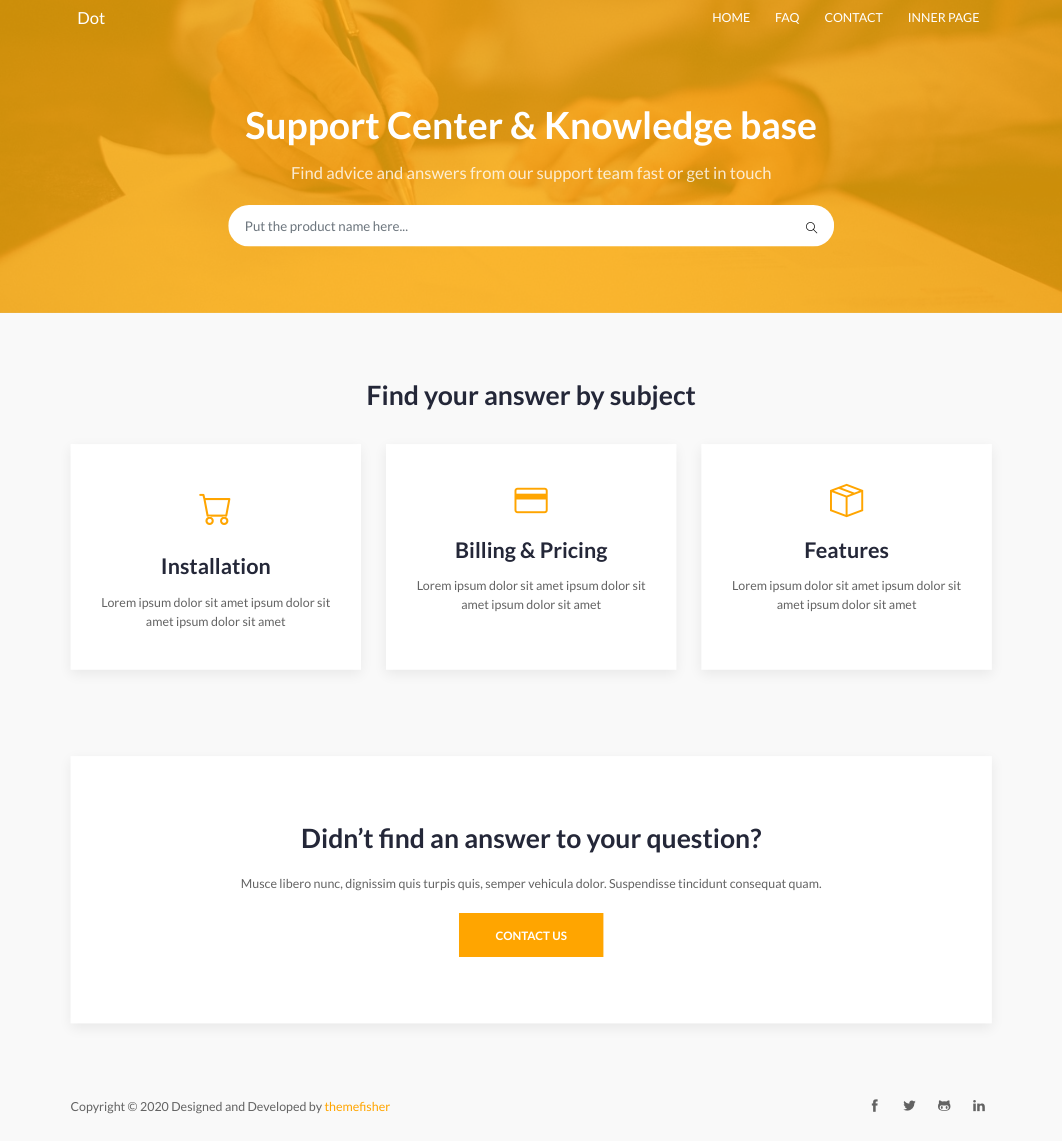
Repository: AlexThyCoolest/ReviewReader
Page: http://localhost/
These files come from the project's save history. The page is drawn as it stood at one moment and after the next save; the edit follows.
The browser window is 1280 px wide. The pictures show the whole page, at 83% of full size.
The page is served by the project's application, run on Flask 3 (main.py).

Above is the page before, as saved 2024-07-23 11:07:43.

### OYT/templates/index.html
<!DOCTYPE html>
<html lang="en-us">

<head>
    <meta charset="utf-8">
    <title>Dot</title>
    <meta name="viewport" content="width=device-width, initial-scale=1, maximum-scale=1">

    <!-- theme meta -->
    <meta name="theme-name" content="dot" />

    <!-- ** CSS Plugins Needed for the Project ** -->

    <!-- Bootstrap -->
    <link rel="stylesheet" href="static/plugins/bootstrap/bootstrap.min.css">
    <!-- themefy-icon -->
    <link rel="stylesheet" href="static/plugins/themify-icons/themify-icons.css">
    <!--Favicon-->
    <link rel="icon" href="images/favicon.png" type="image/x-icon">
    <!-- fonts -->
    <link href="https://fonts.googleapis.com/css?family=Lato:300,400,700&display=swap" rel="stylesheet">

    <link rel="stylesheet" href="https://cdn.jsdelivr.net/npm/bootstrap-icons@1.11.3/font/bootstrap-icons.min.css">
    <!-- Main Stylesheet -->
    <link href="static/assets/style.css" rel="stylesheet" media="screen" />
    <style>
        :root {
            --primary-color: #FFA500;
            /* Yellow-Orange */
        }

        .btn-primary,
        .bg-primary {
            background-color: var(--primary-color) !important;
            border-color: var(--primary-color) !important;
        }

        .text-primary {
            color: var(--primary-color) !important;
        }
    </style>
</head>
</head>

<body>
    <!-- header -->
    <header class="banner overlay bg-cover" data-background="images/banner.jpg">
        <nav class="navbar navbar-expand-md navbar-dark">
            <div class="container">
                <a class="navbar-brand px-2" href="index.html">Dot</a>
                <button class="navbar-toggler border-0" type="button" data-toggle="collapse" data-target="#navigation"
                    aria-controls="navigation" aria-expanded="false" aria-label="Toggle navigation">
                    <span class="navbar-toggler-icon"></span>
                </button>

                <div class="collapse navbar-collapse text-center" id="navigation">
                    <ul class="navbar-nav ml-auto">
                        <li class="nav-item">
                            <a class="nav-link text-dark" href="index.html">Home</a>
                        </li>
                        <li class="nav-item">
                            <a class="nav-link text-dark" href="faq.html">Faq</a>
                        </li>
                        <li class="nav-item">
                            <a class="nav-link text-dark" href="contact.html">contact</a>
                        </li>
                        <li class="nav-item">
                            <a class="nav-link text-dark" href="single.html">Inner Page</a>
                        </li>
                    </ul>
                </div>
            </div>
        </nav>
        <!-- banner -->
        <div class="container section">
            <div class="row">
                <div class="col-lg-8 text-center mx-auto">
                    <h1 class="text-white mb-3">Support Center &amp; Knowledge base</h1>
                    <p class="text-white mb-4">Find advice and answers from our support team fast or get in touch</p>
                    <div class="position-relative">
                        <form action="/loading" method="post">
                            <input id="product_name" name="product_name" type="text" class="form-control"
                                placeholder="Put the product name here...">
                            <button type="submit" class="search-icon p-0" style="background:white; border:none;"><i
                                    class="ti-search"></i></button>
                        </form>
                    </div>
                </div>
            </div>
        </div>
        <!-- /banner -->
    </header>
    <!-- /header -->

    <!-- topics -->
    <section class="section">
        <div class="container">
            <div class="row justify-content-center">
                <div class="col-12 text-center">
                    <h2 class="section-title">Find your answer by subject</h2>
                </div>
                <!-- topic-item -->
                <div class="col-lg-4 col-sm-6 mb-4">
                    <div class="px-4 py-5 bg-white shadow text-center d-block match-height">
                        <i class="bi bi-cart icon text-primary d-block mb-4"></i>
                        <h3 class="mb-3 mt-0">Installation</h3>
                        <p class="mb-0">Lorem ipsum dolor sit amet ipsum dolor sit amet ipsum dolor sit amet</p>
                    </div>
                </div>
                <div class="col-lg-4 col-sm-6 mb-4">
                    <div class="px-4 py-5 bg-white shadow text-center d-block match-height">
                        <i class="ti-credit-card icon text-primary d-block mb-4"></i>
                        <h3 class="mb-3 mt-0">Billing &amp; Pricing</h3>
                        <p class="mb-0">Lorem ipsum dolor sit amet ipsum dolor sit amet ipsum dolor sit amet</p>
                    </div>
                </div>
                <div class="col-lg-4 col-sm-6 mb-4">
                    <div class="px-4 py-5 bg-white shadow text-center d-block match-height">
                        <i class="ti-package icon text-primary d-block mb-4"></i>
                        <h3 class="mb-3 mt-0">Features</h3>
                        <p class="mb-0">Lorem ipsum dolor sit amet ipsum dolor sit amet ipsum dolor sit amet</p>
                    </div>
                </div>
            </div>
        </div>
    </section>
    <!-- /topics -->

    <!-- call to action -->
    <section>
        <div class="container">
            <div class="row">
                <div class="col-12">
                    <div class="section px-3 bg-white shadow text-center">
                        <h2 class="mb-4">Didn&rsquo;t find an answer to your question?</h2>
                        <p class="mb-4">Musce libero nunc, dignissim quis turpis quis, semper vehicula dolor.
                            Suspendisse tincidunt
                            consequat quam.</p>
                        <a href="contact.html" class="btn btn-primary">contact us</a>
                    </div>
                </div>
            </div>
        </div>
    </section>
    <!-- /call to action -->

    <!-- footer -->
    <footer class="section pb-4">
        <div class="container">
            <div class="row align-items-center">
                <div class="col-md-8 text-md-left text-center">
                    <p class="mb-md-0 mb-4">Copyright © 2020 Designed and Developed by <a
                            href="https://themefisher.com/">themefisher</a></p>
                </div>
                <div class="col-md-4 text-md-right text-center">
                    <ul class="list-inline">
                        <li class="list-inline-item"><a class="text-color d-inline-block p-2" href="#"><i
                                    class="ti-facebook"></i></a></li>
                        <li class="list-inline-item"><a class="text-color d-inline-block p-2" href="#"><i
                                    class="ti-twitter-alt"></i></a></li>
                        <li class="list-inline-item"><a class="text-color d-inline-block p-2" href="#"><i
                                    class="ti-github"></i></a>
                        </li>
                        <li class="list-inline-item"><a class="text-color d-inline-block p-2" href="#"><i
                                    class="ti-linkedin"></i></a></li>
                    </ul>
                </div>
            </div>
        </div>
    </footer>
    <!-- /footer -->

    <!-- ** JS Plugins Needed for the Project ** -->
    <!-- jquiry -->
    <script src="static/plugins/jquery/jquery-1.12.4.js"></script>
    <!-- Bootstrap JS -->
    <script src="static/plugins/bootstrap/bootstrap.min.js"></script>
    <!-- match-height JS -->
    <script src="static/plugins/match-height/jquery.matchHeight-min.js"></script>
    <!-- Main Script -->
    <script src="assets/script.js"></script>
</body>

</html>

### OYT/static/assets/style.css
:root {
  --primary-color: #02007e;
  --body-color: #f9f9f9;
  --text-color: #636363;
  --text-color-dark: #242738;
  --white-color: #ffffff;
  --light-color: #f8f9fa;
  --font-family: Lato;
}

body {
  line-height: 1.5;
  font-family: var(--font-family), sans-serif;
  -webkit-font-smoothing: antialiased;
  font-size: 17px;
  color: var(--text-color);
  background-color: var(--body-color)
}

p {
  color: var(--text-color);
  font-size: 15px
}

h1,
h2,
h3,
h4,
h5,
h6 {
  color: var(--text-color-dark);
  font-family: var(--font-family), sans-serif;
  font-weight: 700;
  line-height: 1.2
}

h1,
.h1 {
  font-size: 45px
}

h2,
.h2 {
  font-size: 32px
}

h3,
.h3 {
  font-size: 26px
}

h4,
.h4 {
  font-size: 20px
}

h5,
.h5 {
  font-size: 18px
}

h6,
.h6 {
  font-size: 14px
}

.btn {
  font-size: 14px;
  font-family: var(--font-family), sans-serif;
  text-transform: uppercase;
  padding: 16px 44px;
  border-radius: 0;
  font-weight: 600;
  border: 0;
  position: relative;
  z-index: 1;
  transition: .2s ease
}

.btn:focus {
  outline: 0;
  box-shadow: none !important
}

.btn:active {
  box-shadow: none
}

.btn-primary {
  background: var(--primary-color);
  color: var(--white-color)
}

.btn-primary:active {
  background: var(--primary-color)
}

.btn-primary:hover {
  background: var(--primary-color)
}

.btn-primary:not(:disabled):not(.disabled).active,
.btn-primary:not(:disabled):not(.disabled):active,
.show>.btn-primary.dropdown-toggle {
  color: var(--white-color);
  background-color: var(--primary-color);
  border-color: var(--primary-color)
}

.inline-button {
  line-height: .8rem !important;
  padding: 5px 8px !important;
  pointer-events: none;
  margin-top: -5px
}

.overflow-hidden {
  overflow: hidden !important
}

::-moz-selection {
  background: var(--primary-color);
  color: var(--white-color)
}

::selection {
  background: var(--primary-color);
  color: var(--white-color)
}

.preloader {
  position: fixed;
  top: 0;
  left: 0;
  right: 0;
  bottom: 0;
  background-color: var(--white-color);
  z-index: 999;
  display: flex;
  align-items: center;
  justify-content: center
}

ul {
  list-style-type: none;
  margin: 0;
  padding-left: 0;
  font-size: 15px
}

ol {
  padding-left: 20px;
  font-size: 15px
}

img {
  vertical-align: middle;
  border: 0
}

a,
a:hover,
a:focus {
  text-decoration: none;
  color: var(--primary-color)
}

a:hover,
a:focus {
  color: var(--primary-color)
}

a,
button,
select {
  cursor: pointer;
  transition: .2s ease
}

a:focus,
button:focus,
select:focus {
  outline: 0
}

.slick-slide {
  outline: 0
}

.section {
  padding-top: 80px;
  padding-bottom: 80px
}

@media(max-width:768px) {
  .section {
    padding-top: 60px
  }
}

.section-sm {
  padding-top: 60px;
  padding-bottom: 60px
}

@media(max-width:768px) {
  .section-sm {
    padding-top: 40px
  }
}

.section-title {
  margin-bottom: 40px
}

.bg-cover {
  background-size: cover;
  background-position: 50%;
  background-repeat: no-repeat
}

.border-primary {
  border-color: #f2f2f2 !important
}

pre {
  padding: 20px
}

.overlay {
  position: relative
}

.overlay::before {
  position: absolute;
  content: '';
  height: 100%;
  width: 100%;
  top: 0;
  left: 0;
  background: var(--primary-color);
  opacity: .8
}

.outline-0 {
  outline: 0 !important
}

.d-unset {
  display: unset !important
}

.bg-primary {
  background: var(--primary-color) !important
}

.bg-white {
  background-color: var(--white-color) !important
}

.bg-light {
  background-color: var(--light-color) !important
}

.text-primary {
  color: var(--primary-color) !important
}

.text-color {
  color: var(--text-color) !important
}

.text-dark {
  color: var(--text-color-dark) !important
}

.text-white {
  color: var(--white-color) !important
}

.top-50 {
  top: 50px
}

.navbar {
  padding: 0
}

@media(max-width:768px) {
  .navbar {
    padding: 10px 0
  }
}

.navbar-brand img {
  max-width: 100px;
  margin-bottom: 0
}

.navbar .nav-item .nav-link {
  text-transform: uppercase;
  padding: 10px 15px !important;
  font-size: 15px
}

.navbar .dropdown:hover .dropdown-menu {
  visibility: visible;
  opacity: 1;
  -webkit-transform: scaleX(1);
  transform: scaleX(1)
}

.navbar .dropdown-menu {
  box-shadow: 0 3px 9px 0 rgba(0, 0, 0, .12);
  padding: 15px 0;
  border: 0;
  top: 40px;
  left: -35px;
  border-radius: 0;
  display: block;
  visibility: hidden;
  transition: .3s ease;
  opacity: 0;
  -webkit-transform: translateY(20px);
  transform: translateY(20px);
  background: var(--white-color)
}

@media(max-width:768px) {
  .navbar .dropdown-menu {
    display: none;
    opacity: 1;
    visibility: visible;
    -webkit-transform: translateY(0);
    transform: translateY(0);
    -webkit-transform-origin: unset;
    transform-origin: unset
  }
}

.navbar .dropdown-menu.view {
  visibility: visible !important;
  opacity: 1;
  -webkit-transform: translateY(0);
  transform: translateY(0);
  -webkit-transform-origin: top;
  transform-origin: top
}

@media(max-width:768px) {
  .navbar .dropdown-menu.view {
    display: block
  }
}

.navbar .dropdown-menu.show {
  visibility: hidden
}

@media(max-width:768px) {
  .navbar .dropdown-menu.show {
    visibility: visible;
    display: block
  }
}

.navbar .dropdown-item {
  position: relative;
  color: var(--text-color-dark);
  transition: .2s ease;
  font-family: var(--font-family), sans-serif
}

@media(max-width:768px) {
  .navbar .dropdown-item {
    text-align: center
  }
}

.navbar .dropdown-item:hover {
  color: var(--primary-color);
  background: 0 0
}

.lang-list {
  background: var(--primary-color);
  color: var(--white-color)
}

.lang-list.dark {
  color: var(--text-color-dark);
  background: var(--white-color)
}

.banner {
  overflow: hidden
}

.banner p {
  font-size: 20px;
  opacity: .8
}

.banner .nav-link.text-dark {
  color: var(--white-color) !important
}

.banner .nav-link.text-dark:hover {
  color: var(--white-color) !important
}

.banner .navbar-brand {
  color: var(--white-color) !important
}

#project-icon {
  float: left;
  height: 32px;
  width: 32px
}

#project-description {
  margin: 0;
  padding: 0
}

.ui-helper-hidden-accessible {
  display: none
}

.ui-menu {
  background: var(--white-color);
  padding: 5px 20px 20px;
  right: 0 !important;
  max-height: 200px;
  overflow: hidden;
  border-radius: 0 0 25px 25px;
  z-index: 9999;
  box-shadow: 0 13px 20px 0 rgba(0, 0, 0, .07)
}

@media(max-width:575px) {
  .ui-menu {
    width: calc(100% - 30px) !important
  }
}

@media(min-width:576px) {
  .ui-menu {
    max-width: 510px !important
  }
}

@media(min-width:768px) {
  .ui-menu {
    max-width: 690px !important
  }
}

@media(min-width:992px) {
  .ui-menu {
    max-width: 610px !important
  }
}

@media(min-width:1200px) {
  .ui-menu {
    max-width: 730px !important
  }
}

.ui-menu-item a {
  color: var(--text-color);
  padding: 8px 0;
  font-size: 15px
}

.ui-menu-item a:hover {
  color: var(--primary-color)
}

.ui-menu-item:not(:last-child) {
  border-bottom: 1px solid #e8e8e8
}

.ui-menu-item * {
  display: none
}

.ui-menu-item .ui-corner-all {
  display: block
}

.form-control {
  height: 50px;
  border-radius: 25px;
  border: 0;
  padding: 0 20px
}

.form-control:focus {
  border: 0;
  box-shadow: none !important
}

textarea.form-control {
  height: 150px;
  padding: 20px
}

.icon {
  font-size: 40px
}

.shadow {
  box-shadow: 0 5px 15px rgba(0, 0, 0, .07) !important;
  transition: .3s ease
}

.shadow-bottom {
  box-shadow: 0 1px 0 rgba(12, 13, 14, .1), 0 1px 6px rgba(59, 64, 69, .1)
}

.shadow:hover,
.shadow:focus {
  box-shadow: 0 14px 25px rgba(0, 0, 0, .1) !important
}

.content * {
  margin-bottom: 20px
}

.content img {
  max-width: 100%;
  height: auto;
  margin: 0 auto 15px;
  display: block;
  text-align: center
}

.content ul {
  padding-left: 0;
  margin-bottom: 20px
}

.content ul li {
  padding-left: 20px;
  position: relative
}

.content ul li::before {
  position: absolute;
  content: '';
  height: 8px;
  width: 8px;
  border-radius: 50%;
  background: var(--primary-color);
  opacity: .3;
  left: 0;
  top: 8px
}

.list-styled li {
  padding-left: 20px;
  position: relative
}

.list-styled li::before {
  position: absolute;
  content: '';
  height: 8px;
  width: 8px;
  border-radius: 50%;
  background: var(--primary-color);
  opacity: .3;
  left: 0;
  top: 17px
}

.post-meta {
  color: var(--text-color);
  font-style: italic;
  font-size: 14px
}

blockquote {
  font-size: 20px !important;
  color: var(--text-color-dark);
  padding: 20px 40px;
  border-left: 2px solid var(--primary-color);
  margin: 40px 0;
  font-weight: 700;
  background: var(--light-color)
}

blockquote p {
  margin-bottom: 0 !important
}

.pagination {
  justify-content: space-between
}

.pagination a {
  color: var(--primary-color)
}

.pagination i {
  font-size: 15px;
  line-height: 1.8
}

#accordion i {
  font-size: 14px;
  line-height: 2
}

table {
  text-align: left;
  width: 100%;
  max-width: 100%;
  margin-bottom: 1rem;
  border: 1px solid #dee2e6
}

table td,
table th {
  padding: .75rem;
  vertical-align: top;
  border: 1px solid #dee2e6;
  margin-bottom: 0
}

thead {
  background: #ececec;
  margin-bottom: 0
}

tbody {
  background: #f8f8f8;
  margin-bottom: 0
}

.notices {
  margin: 2rem 0;
  position: relative
}

.notices p {
  padding: 10px
}

.notices p::before {
  position: absolute;
  top: 2px;
  color: #fff;
  font-family: themify;
  font-weight: 900;
  content: "\e717";
  left: 10px
}

.notices.note p {
  border-top: 30px solid #6ab0de;
  background: #e7f2fa
}

.notices.note p::after {
  content: 'Note';
  position: absolute;
  top: 2px;
  color: #fff;
  left: 2rem
}

.notices.tip p {
  border-top: 30px solid #78c578;
  background: #e6f9e6
}

.notices.tip p::after {
  content: 'Tip';
  position: absolute;
  top: 2px;
  color: #fff;
  left: 2rem
}

.notices.info p {
  border-top: 30px solid #f0b37e;
  background: #fff2db
}

.notices.info p::after {
  content: 'Info';
  position: absolute;
  top: 2px;
  color: #fff;
  left: 2rem
}

.notices.warning p {
  border-top: 30px solid #e06f6c;
  background: #fae2e2
}

.notices.warning p::after {
  content: 'Warning';
  position: absolute;
  top: 2px;
  color: #fff;
  left: 2rem
}

.sidebar {
  background-color: var(--white-color);
  position: sticky;
  top: 50px;
  margin-bottom: 30px;
  padding: 40px 10px 20px
}

.sidelist {
  display: block
}

li.sidelist>a {
  margin-left: 20px;
  margin-bottom: 10px;
  display: block;
  font-size: 20px
}

li.sidelist li a {
  margin: 0
}

.sidelist li.sidelist {
  display: block
}

.sidelist li.sidelist.active a {
  color: var(--primary-color)
}

.sidelist li.sidelist.active::before {
  opacity: 1
}

.page-list li a {
  display: none
}

.page-list li ul a {
  display: block
}

.sidelist li a {
  color: var(--text-color-dark);
  display: block;
  font-size: 15px;
  font-weight: 500;
  padding: 10px 0;
  line-height: 1.4
}

p:empty,
p a:empty {
  display: none !important
}

pre {
  display: block;
  padding: 9.5px;
  margin: 10px 0
}

code {
  margin-bottom: 0 !important;
  font-size: 100%
}

.back-btn {
  position: relative
}

.back-btn::before {
  position: absolute;
  font-family: themify;
  content: "\e6bc";
  font-size: 25px;
  height: 30px;
  width: 40px;
  background-color: var(--white-color);
  color: inherit;
  text-align: right;
  z-index: 1;
  left: -5px;
  top: -5px
}

.ui-autocomplete-input {
  border-bottom: 1px solid #d4d4d4 !important
}

.ui-autocomplete-input.active {
  border-bottom-left-radius: 0;
  border-bottom-right-radius: 0
}

.search-icon {
  position: absolute;
  right: 20px;
  top: 18px;
  font-size: 14px
}

i {
  transition: .2s ease
}

a:hover i {
  color: var(--primary-color)
}

pre code::-webkit-scrollbar {
  height: 5px
}

pre code::-webkit-scrollbar-track {
  background: #000
}

pre code::-webkit-scrollbar-thumb {
  background: #888
}

.code-tabs {
  border: 1px solid #dee2e6;
  overflow: hidden;
  margin: 20px 0
}

.code-tabs .tab-content {
  padding: 20px 15px;
  margin-bottom: 0
}

.code-tabs .tab-content .tab-pane {
  margin-bottom: 0
}

.code-tabs .nav-tabs {
  margin-bottom: 0
}

.code-tabs .nav-tabs .nav-item {
  padding-left: 0;
  border-right: 1px solid #dee2e6
}

.code-tabs .nav-tabs .nav-item .nav-link {
  text-decoration: none;
  font-weight: 500;
  border: 0;
  margin-bottom: 0
}

.code-tabs .nav-tabs .nav-item::before {
  display: none
}

.code-tabs .nav-tabs .nav-item.active {
  background: var(--primary-color)
}

.code-tabs .nav-tabs .nav-item.active .nav-link {
  color: var(--white-color)
}

Loaded but not shown: OYT/static/plugins/bootstrap/bootstrap.min.css (library); OYT/static/plugins/themify-icons/themify-icons.css (library); OYT/static/plugins/jquery/jquery-1.12.4.js (library); OYT/static/plugins/bootstrap/bootstrap.min.js (library); OYT/static/plugins/match-height/jquery.matchHeight-min.js (library); OYT/static/assets/script.js (26 lines, source omitted); OYT/main.py (279 lines, source omitted)

After the next save:
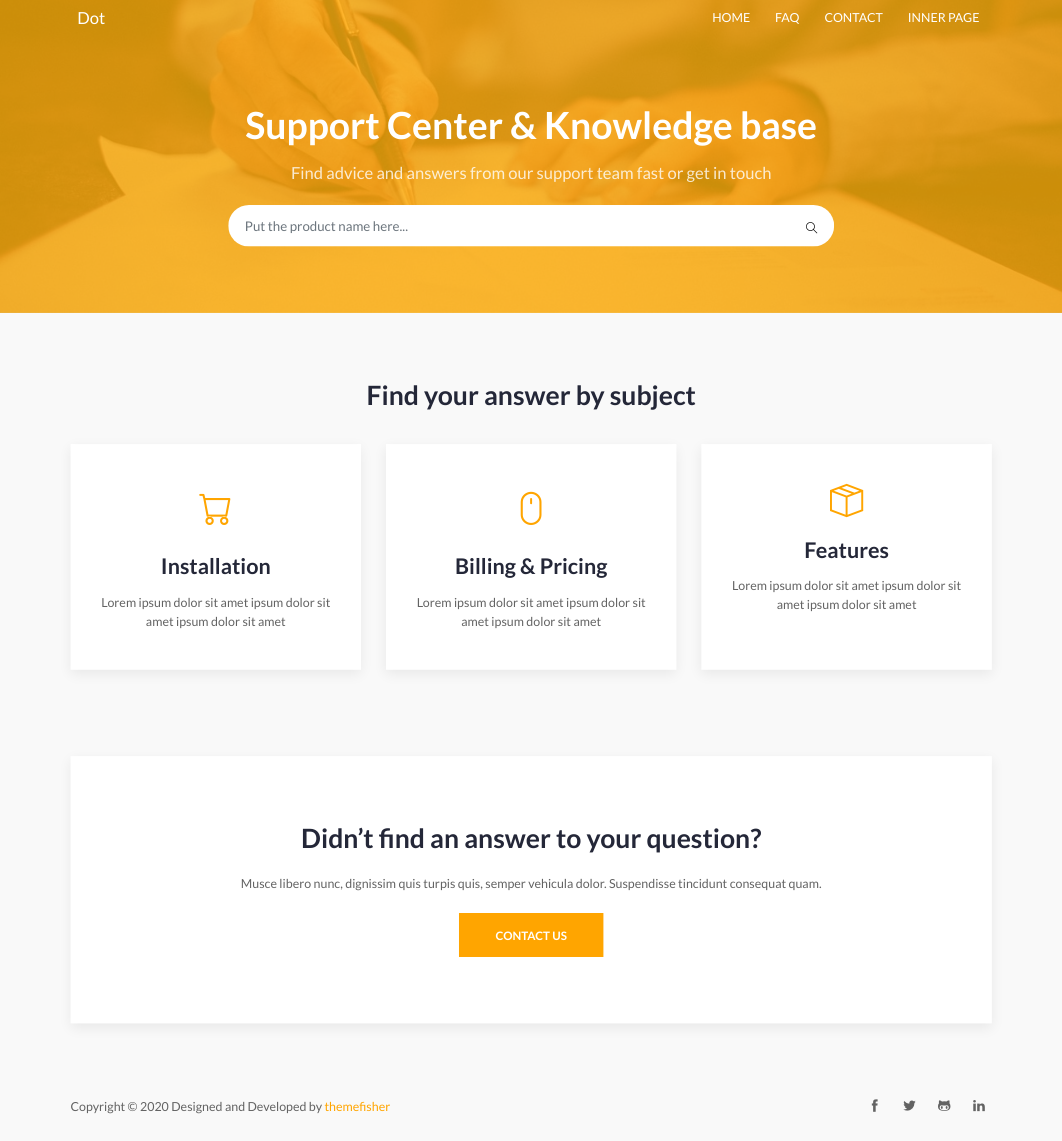
Saved 33 s later.
--- a/OYT/templates/index.html
+++ b/OYT/templates/index.html
@@ -109,7 +109,7 @@
                 </div>
                 <div class="col-lg-4 col-sm-6 mb-4">
                     <div class="px-4 py-5 bg-white shadow text-center d-block match-height">
-                        <i class="ti-credit-card icon text-primary d-block mb-4"></i>
+                        <i class="bi bi-mouse icon text-primary d-block mb-4"></i>
                         <h3 class="mb-3 mt-0">Billing &amp; Pricing</h3>
                         <p class="mb-0">Lorem ipsum dolor sit amet ipsum dolor sit amet ipsum dolor sit amet</p>
                     </div>
